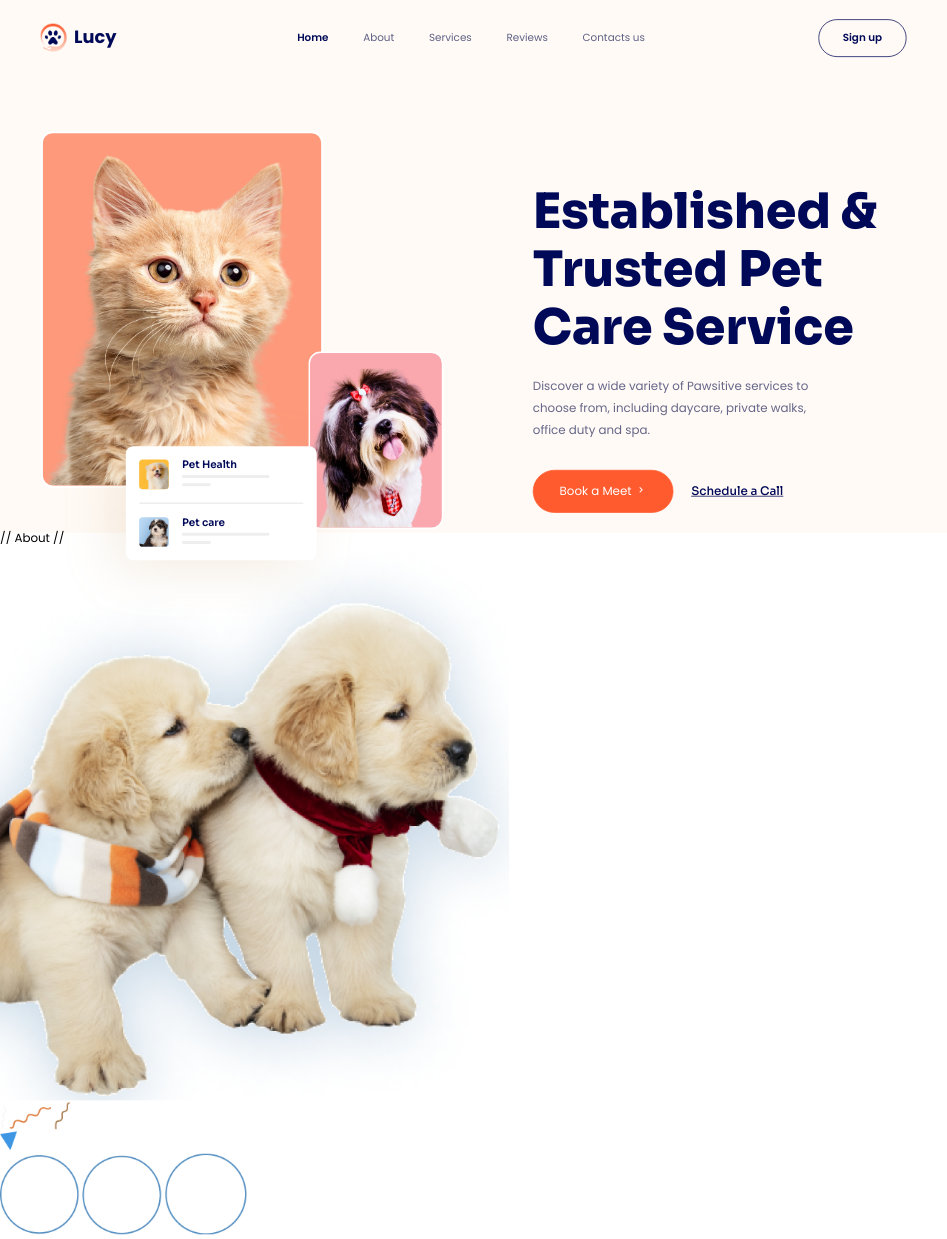
Repository: Cuongquaidan/F8projeact-04
Page: index.html
An editor plug-in stored every save of this project. The page is shown before and after the next save, followed by the edit.
The browser window is 1280 px wide. The pictures show the whole page, at 74% of full size.

Above is the page before, as saved 2023-04-15 12:32:08.

After the next save:
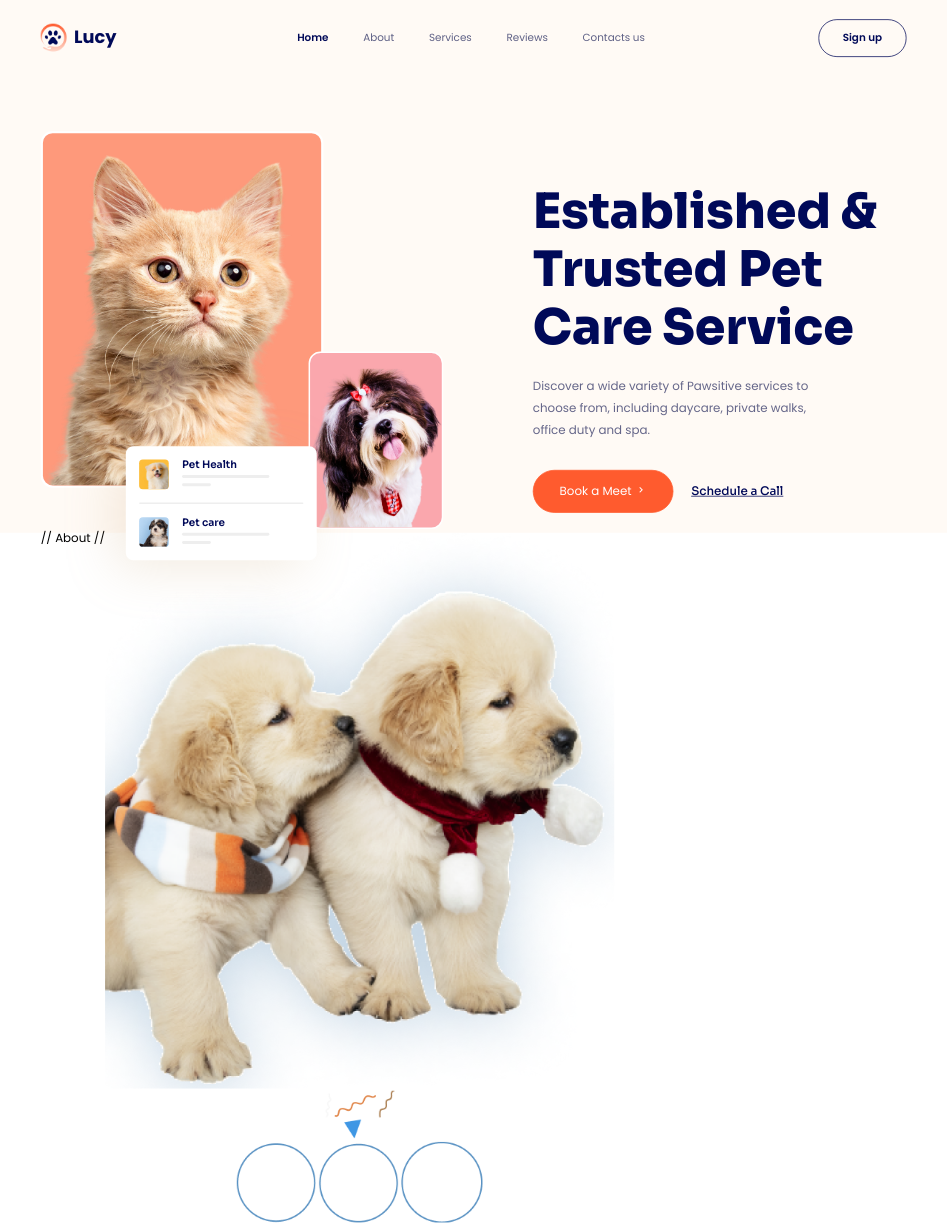
Saved 25 s later.
--- a/index.html
+++ b/index.html
@@ -122,7 +122,8 @@
             </div>
         </div>
         <div class="about">
-            <div class="abot-">// About //</div>
+            <div class="container">
+                <div class="abot-">// About //</div>
             <div class="about-info">
                 <div class="about__media">
                     <img src="./asset/img/image 57.png" alt="pets">
@@ -145,6 +146,7 @@
 
                 </div>
             </div>
+            </div>
         </div>
         <script src="./app.js"></script>
     </body>
